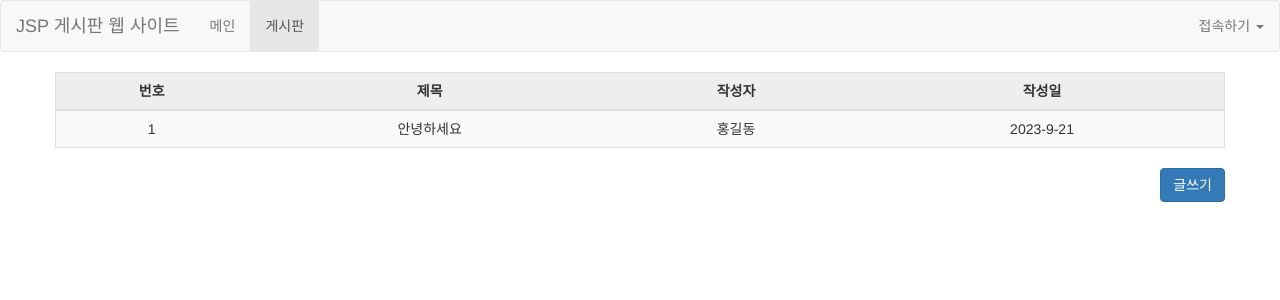
Repository: TheChok/BbsClone
Page: http://localhost/BBS/bbs.jsp
The author's editor kept a copy of each file at every save. The page is drawn from the files as they stood at one save, then again after a run of saves.
The browser window is 1280 px wide. The pictures show the whole page.
Some web libraries are served in a nearby version. The page is served by Tomcat 9. Queries for data that is not in the repository find no rows.

Above is the page before, as saved 2023-09-21 14:45:42.

After the next 2 saves:
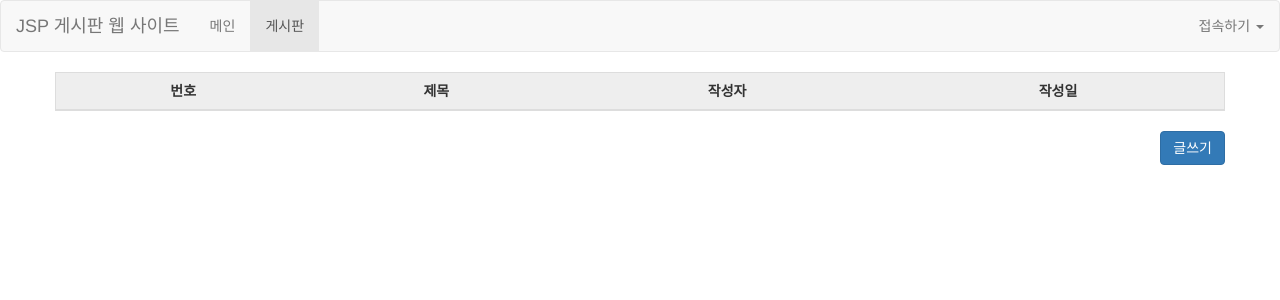
The 2 saves are shown as one change because they came seconds apart.
The last was saved 8 s later.
--- a/BBS/src/main/webapp/bbs.jsp
+++ b/BBS/src/main/webapp/bbs.jsp
@@ -101,16 +101,16 @@
 
 						for(int i = 0; i < list.size(); i++) {
 					%>
-
+						<tr>
+							<td>1</td>
+							<td>안녕하세요</td>
+							<td>홍길동</td>
+							<td>2023-9-21</td>
+						</tr>
 					<%
 						}
 					%>
-					<tr>
-						<td>1</td>
-						<td>안녕하세요</td>
-						<td>홍길동</td>
-						<td>2023-9-21</td>
-					</tr>
+
 				</tbody>
 			</table>
 			<a href="write.jsp" class="btn btn-primary pull-right">글쓰기</a>
